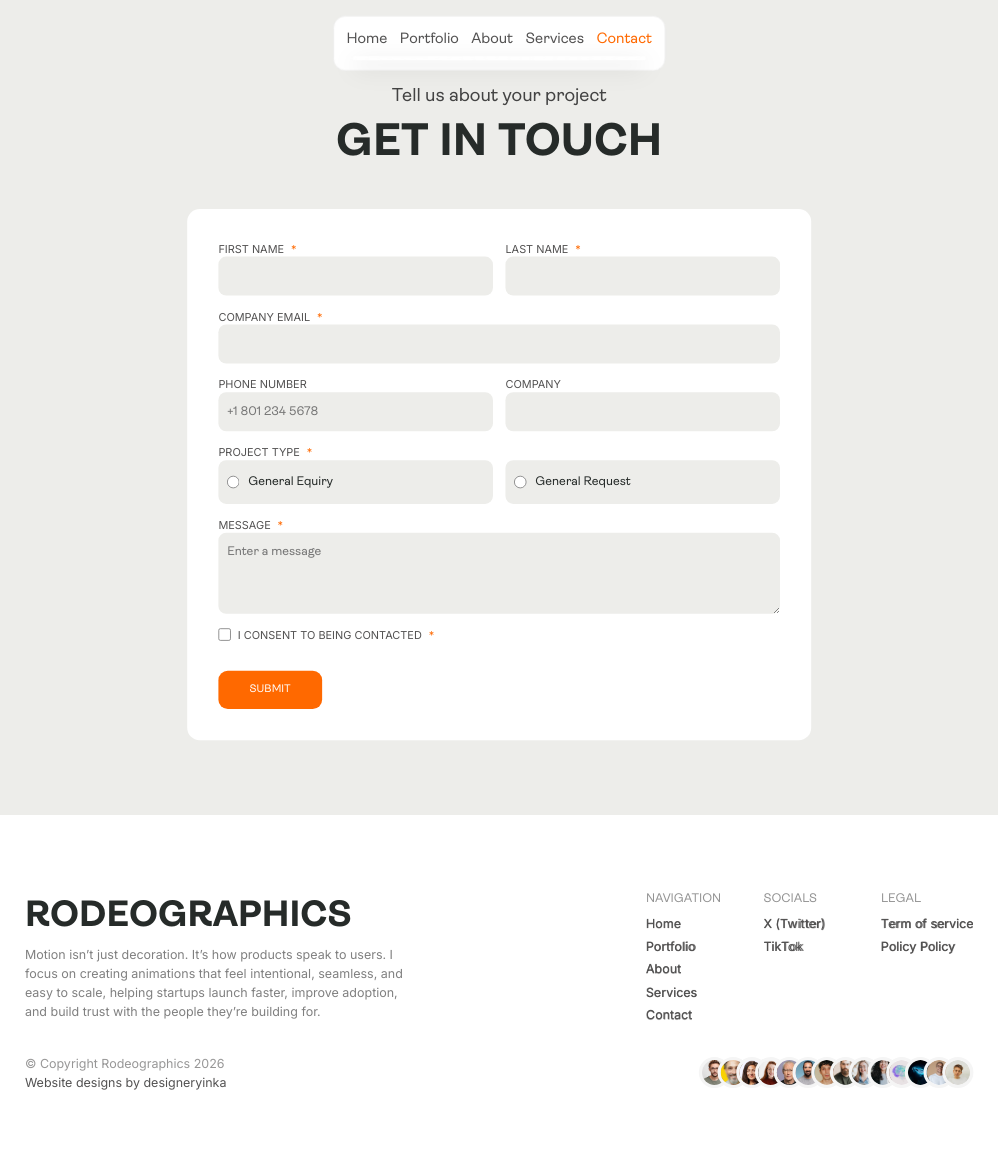
Repository: Ajeyinka/RodeoGraphics
Page: contact.html
An editor plug-in stored every save of this project. The page is shown before and after the next save, followed by the edit.
The browser window is 1280 px wide. The pictures show the whole page, at 78% of full size.

Above is the page before, as saved 2026-02-21 22:57:09.
Console error: ReferenceError: gsap is not defined

### contact.html
<!DOCTYPE html>
<html lang="en">
  <head>
    <meta charset="UTF-8" />
    <meta name="viewport" content="width=device-width, initial-scale=1.0" />
    <title>Contact | Motion Design for Startups</title>

    <meta
      name="description"
      content="Get in touch to discuss motion design for your product, startup, or upcoming launch."
    />
    <meta property="og:title" content="Contact | Motion Design for Startups" />
    <meta
      property="og:description"
      content="Get in touch to discuss motion design for your product, startup, or upcoming launch."
    />
    <meta property="og:image" content="" />
    <meta property="og:type" content="website" />
    <meta property="og:url" content="" />
    <script src="script.js" defer></script>
    <link rel="stylesheet" href="style.css" />
    <link
      rel="shortcut icon"
      href="images/favicon.ico.png"
      sizes="32x32"
      type="image/png"
    />
  </head>
  <body>
    <nav class="section_nav">
      <div class="container_large">
        <div class="container_nav">
          <div class="two-col-flex">
            <div class="nav_brand">
              <a href="index.html" class="nav_brand-link">
                <span>Rodeographics</span>
              </a>
            </div>
            <a href="#" class="toggle_button" id="toggle_button">
              <span class="bar one"></span>
              <span class="bar two"></span>
            </a>
          </div>
          <!-- Brand / Logo -->

          <!-- Navigation Menu -->
          <div class="nav_menu">
            <ul class="nav_list">
              <li class="nav_item">
                <a href="index.html" class="nav_link">Home</a>
              </li>
              <li class="nav_item">
                <a href="portfolio.html" class="nav_link">Portfolio</a>
              </li>

              <li class="nav_item">
                <a href="about.html" class="nav_link">About</a>
              </li>

              <li class="nav_item">
                <a href="services.html" class="nav_link">Services</a>
              </li>

              <li class="nav_item">
                <a href="contact.html" class="nav_link">Contact</a>
              </li>
            </ul>
          </div>
        </div>
      </div>
    </nav>

    <main>
      <section class="section_contact">
        <div class="container_large">
          <div class="padding_global">
            <div class="form_component">
              <div class="title-top">
                <p class="tag">Tell us about your project</p>
                <h1>GET IN TOUCH</h1>
              </div>
            </div>
            <div class="form-block">
              <form
                action="https://formspree.io/f/xzdapnao"
                method="POST"
                novalidate
              >
                <div class="form-group">
                  <label for="fname">First Name</label>
                  <input
                    type="text"
                    name="first_name"
                    class="input"
                    id="fName"
                    required
                  />
                  <span class="error-message" aria-live="polite"></span>
                </div>
                <div class="form-group">
                  <label for="lname">Last Name</label>
                  <input
                    type="text"
                    name="last_name"
                    class="input"
                    id="lName"
                    required
                  />
                  <span class="error-message" aria-live="polite"></span>
                </div>
                <div class="form-group span-all">
                  <label for="email">Company Email</label>
                  <input
                    type="email"
                    name="company_email"
                    class="input"
                    id="email"
                    required
                  />
                  <span class="error-message" aria-live="polite"></span>
                </div>
                <div class="form-group">
                  <label for="tel"> Phone Number</label>
                  <input
                    type="tel"
                    class="input phone-input"
                    placeholder="+1 801 234 5678"
                    inputmode="tel"
                    autocomplete="tel"
                    id="tel"
                  />
                  <span class="error-message" aria-live="polite"></span>
                </div>

                <div class="form-group">
                  <label for="company">Company</label>

                  <input
                    type="text"
                    name="company"
                    class="input"
                    id="company"
                  />
                  <span class="error-message" aria-live="polite"></span>
                </div>

                <fieldset class="span-all">
                  <legend>Project Type</legend>

                  <div class="form-group">
                    <input
                      type="radio"
                      id="general"
                      name="project"
                      value="General Equiry"
                      required
                    />
                    <label for="general">General Equiry</label>
                  </div>

                  <div class="form-group">
                    <input
                      type="radio"
                      id="support"
                      name="project"
                      value="General Requesr"
                      required
                    />
                    <label for="support">General Request</label>
                  </div>
                  <span class="error-message" aria-live="polite"></span>
                </fieldset>

                <div class="form-group span-all">
                  <label for="message">Message</label>
                  <textarea
                    name="textarea"
                    id="textarea"
                    class="input"
                    placeholder="Enter a message"
                    required
                  ></textarea>
                  <span class="error-message" aria-live="polite"></span>
                </div>
                <div class="form-group span-all">
                  <input type="checkbox" name="consent" id="consent" required />
                  <label for="consent">I consent to being contacted</label>
                  <span class="error-message" aria-live="polite"></span>
                </div>

                <div class="input-submit">
                  <button type="submit" class="button-submit button">
                    <span class="text text-primary">Submit</span>
                  </button>
                </div>
                <div class="form-success">
                  Thanks for reaching out. I’ll get back to you within 24 hours.
                </div>
              </form>
            </div>
          </div>
        </div>
      </section>
    </main>
    <footer>
      <div class="container_large">
        <div class="padding_global">
          <div class="footer-grid">
            <div class="footer-left">
              <h2>Rodeographics</h2>
              <p>
                Motion isn’t just decoration. It’s how products speak to users.
                I focus on creating animations that feel intentional, seamless,
                and easy to scale, helping startups launch faster, improve
                adoption, and build trust with the people they’re building for.
              </p>
            </div>
            <div class="footer-right">
              <div class="footer_link-wrapper">
                <div class="footer_links">
                  <h4>Navigation</h4>
                  <a href="index.html" class="footer_link">Home</a>
                  <a href="portfolio.html" class="footer_link">Portfolio</a>
                  <a href="about.html" class="footer_link">About</a>
                  <a href="services.html" class="footer_link">Services</a>
                  <a href="contact.html" class="footer_link">Contact</a>
                </div>
                <div class="footer_links">
                  <h4>Socials</h4>
                  <a href="https://x.com/designerola01" class="footer_link"
                    >X (Twitter)</a
                  >

                  <a
                    href="https://www.tiktok.com/@rodeodesigns?_r=1&_t=ZS-93MZgyCcf5N"
                    class="footer_link"
                    >TikTok</a
                  >
                </div>
                <div class="footer_links">
                  <h4>Legal</h4>
                  <a href="services.html" class="footer_link"
                    >Term of service</a
                  >

                  <a href="privacy.html" class="footer_link">Policy Policy</a>
                </div>
              </div>
            </div>
          </div>
          <div class="footer-bottom">
            <div>
              <p class="Copyright">© Copyright Rodeographics 2026</p>
              <a href="https://designeryinka.com/" target="_blank"
                >Website designs by designeryinka</a
              >
            </div>

            <div class="footer_proof">
              <img src="images/1.png" alt="" />
              <img src="images/2.png" alt="" />
              <img src="images/3.png" alt="" />
              <img src="images/4.png" alt="" />
              <img src="images/5.png" alt="" />
              <img src="images/6.png" alt="" />
              <img src="images/adewale.png" alt="" />
              <img src="images/adewale1.png" alt="" />
              <img src="images/adewale2.png" alt="" />
              <img src="images/adewale4.png" alt="" />
              <img src="images/adewalw5.png" alt="" />
              <img src="images/adewale6.png" alt="" />
              <img src="images/adewale7.png" alt="" />
              <img src="images/adewalw8.png" alt="" />
            </div>
          </div>
        </div>
      </div>
    </footer>
  </body>
</html>

### script.js
(function () {
  "use strict";

  const toggleButton = document.querySelector("#toggle_button");
  const navMenu = document.querySelector(".nav_menu");
  const menuBars = document.querySelectorAll(".bar");
  const navBrand = document.querySelector(".nav_brand");
  const navFlex = document.querySelector(".two-col-flex");

  // Mobile menu toggle
  if (toggleButton) {
    toggleButton.addEventListener("click", (event) => {
      event.preventDefault();
      toggleButton.classList.toggle("active");
      navBrand.classList.toggle("active");
      navFlex.classList.toggle("active");
      navMenu.classList.toggle("active");
      navMenu.addEventListener("click", () => {
        navMenu.classList.toggle("active");
      });
      menuBars.forEach((bar) => bar.classList.toggle("active"));
    });
  }
})();

document.addEventListener("DOMContentLoaded", () => {
  const links = document.querySelectorAll(".nav_link");

  const currentPath = window.location.pathname.replace(/\/$/, "") || "/";

  links.forEach((link) => {
    const linkPath = new URL(link.href).pathname.replace(/\/$/, "") || "/";

    if (linkPath === currentPath) {
      link.classList.add("active");
    } else {
      link.classList.remove("active");
    }
  });
});

document.addEventListener("DOMContentLoaded", () => {
  const enhanceText = (elements) => {
    elements.forEach((el) => {
      const text = el.textContent.trim();
      if (!text) return;

      el.textContent = "";

      // outgoing layer
      const outSpan = document.createElement("span");
      outSpan.className = "text-out";
      outSpan.textContent = text;

      // incoming layer
      const inSpan = document.createElement("span");
      inSpan.className = "text-in";

      [...text].forEach((char, i, arr) => {
        const charSpan = document.createElement("span");
        charSpan.className = "char";
        charSpan.textContent = char === " " ? "\u00A0" : char;

        // stagger data
        charSpan.style.setProperty("--i", i);
        charSpan.style.setProperty("--total", arr.length);
        charSpan.style.transitionDelay = `${i * 0.03}s`;

        inSpan.appendChild(charSpan);
      });

      el.append(outSpan, inSpan);
    });
  };

  // nav links
  enhanceText(document.querySelectorAll(".nav_link"));

  // button text
  enhanceText(document.querySelectorAll(".button .text-primary"));

  enhanceText(document.querySelectorAll(".footer_link"));
});

/* const form = document.querySelector(".form-block form");
const submitBtn = document.querySelector(".button-submit");
const successMessage = document.querySelector(".form-success");

form.addEventListener("submit", function () {
  submitBtn.classList.add("is-loading");
  form.closest(".form-block").classList.add("is-loading");
});

// Call this after successful submission
function onFormSuccess() {
  submitBtn.classList.remove("is-loading");
  form.closest(".form-block").classList.remove("is-loading");
  form.style.display = "none";
  successMessage.classList.add("is-visible");
} */

/* document.querySelectorAll(".nav_link").forEach((link) => {
  const text = link.textContent.trim();
  if (!text) return;
  console.log("nav stagger script loaded");
  link.textContent = "";

  // outgoing layer
  const outSpan = document.createElement("span");
  outSpan.className = "text-out";
  outSpan.textContent = text;

  // incoming staggered layer
  const inSpan = document.createElement("span");
  inSpan.className = "text-in";

  [...text].forEach((char, i) => {
    const charSpan = document.createElement("span");
    charSpan.className = "char";
    charSpan.textContent = char === " " ? "\u00A0" : char;
    charSpan.style.transitionDelay = `${i * 0.035}s`;
    inSpan.appendChild(charSpan);
  });

  link.append(outSpan, inSpan);
});

document.querySelectorAll(".button .text-primary").forEach((textEl) => {
  const text = textEl.textContent.trim();
  if (!text) return;

  textEl.textContent = "";

  // outgoing layer
  const outSpan = document.createElement("span");
  outSpan.className = "text-out";
  outSpan.textContent = text;

  // incoming staggered layer
  const inSpan = document.createElement("span");
  inSpan.className = "text-in";

  [...text].forEach((char, i) => {
    const charSpan = document.createElement("span");
    charSpan.className = "char";
    charSpan.textContent = char === " " ? "\u00A0" : char;
    charSpan.style.transitionDelay = `${i * 0.03}s`;
    inSpan.appendChild(charSpan);
  });

  textEl.append(outSpan, inSpan);
}); */

/* const heroBox = document.querySelector(".hero-box");
const heroImage = document.querySelector(".hero-image");

if (heroBox && heroImage) {
  const observer = new IntersectionObserver(
    (entries) => {
      entries.forEach((entry) => {
        if (entry.isIntersecting) {
          heroBox.classList.add("is-active");
        } else {
          heroBox.classList.remove("is-active");
        }
      });
    },
    {
      threshold: 0.4,
    }
  );

  observer.observe(heroImage);
}

const accordionHeaders = document.querySelectorAll(".accordion-header");
const accordionContents = document.querySelectorAll(".accordion-content");

accordionHeaders.forEach((header) => {
  header.addEventListener("click", () => {
    const accordionItem = header.parentElement;
    const accordionContent = accordionItem.querySelector(".accordion-content");

    accordionContents.forEach((content) => {
      if (content !== accordionContent) {
        content.classList.remove("active");
        content.style.maxHeight = "0";
      }
    });

    accordionContent.classList.toggle("active");

    if (accordionContent.classList.contains("active")) {
      accordionContent.style.maxHeight = accordionContent.scrollHeight + "px";
    } else {
      accordionContent.style.maxHeight = "0";
    }
  });
});
 */

/* (function () {
  "use strict";

  const tabs = document.querySelectorAll(".tabs_link");
  const panes = document.querySelectorAll(".tabs_pane");

  tabs.forEach((tab) => {
    tab.addEventListener("click", selectTab);
  });

  function selectTab(event) {
    event.preventDefault();

    const targetId = this.getAttribute("href");
    const targetPane = document.querySelector(targetId);

    // Reset all tabs
    tabs.forEach((tab) => {
      tab.classList.remove("is-active");
    });

    // Reset all panes
    panes.forEach((pane) => {
      pane.classList.remove("is-active");
    });

    // Activate selected tab and pane
    this.classList.add("is-active");
    targetPane.classList.add("is-active");
  }
})();
 */

document.addEventListener("DOMContentLoaded", () => {
  const links = document.querySelectorAll(".tabs_component .tabs_menu a");
  const sections = document.querySelectorAll(".tabs_pane");

  /* ---------- smooth scroll ---------- */
  links.forEach((link) => {
    link.addEventListener("click", (e) => {
      e.preventDefault();

      const target = document.querySelector(link.getAttribute("href"));
      if (!target) return;

      const offset = 200;
      const top =
        target.getBoundingClientRect().top + window.pageYOffset - offset;

      window.scrollTo({
        top,
        behavior: "smooth",
      });
    });
  });

  /* ---------- intersection observer ---------- */
  const observer = new IntersectionObserver(
    (entries) => {
      entries.forEach((entry) => {
        if (!entry.isIntersecting) return;

        const id = entry.target.id;

        links.forEach((link) => {
          link.classList.toggle(
            "selected",
            link.getAttribute("href") === `#${id}`
          );
        });
      });
    },
    {
      root: null,
      rootMargin: "-150px 0px -50% 0px",
      threshold: 0,
    }
  );

  sections.forEach((section) => observer.observe(section));
});

document.querySelectorAll(".video-holders").forEach((holder) => {
  const video = holder.querySelector("video");
  const button = holder.querySelector(".mute-toggle");

  button.addEventListener("click", () => {
    video.muted = !video.muted;
    button.textContent = video.muted ? "🔇" : "🔊";
  });
});

(function () {
  "use strict";
  const tl = gsap.timeline();
  tl.from(".accent", {
    opacity: 0,
    rotation: 30,
    scale: 0,
    duration: 0.5,
    stagger: {
      amount: 0.5,
      axis: "y",
      grid: [2, 1],
      ease: "circ.inOut",
      from: "center",
    },
  }).from(".two-col-flex", {
    y: -30,
    opacity: 0,
    duration: 0.8,
    backgroundColor: "gray",
  });
})();

gsap.utils.toArray(".section").forEach((section) => {
  gsap.fromTo(
    section,
    {
      scale: 1,
      rotation: 0,
      y: 0,
    },
    {
      scale: 0.8,
      rotation: -2,
      y: "50vh",
      scrollTrigger: {
        trigger: section,
        start: "bottom bottom",
        end: "bottom top",
        scrub: true,
      },
      ease: "none",
    }
  );
});

(function () {
  const form = document.querySelector("form");
  const firstNameField = document.getElementById("fName");

  function validateField(field) {
    if (!field.validity.valid) {
      console.log("fied is invalid");
      return false;
    }

    console.log("field is valid");
    return true;
  }
})();

Loaded but not shown: style.css (1984 lines, source omitted)

After the next save:
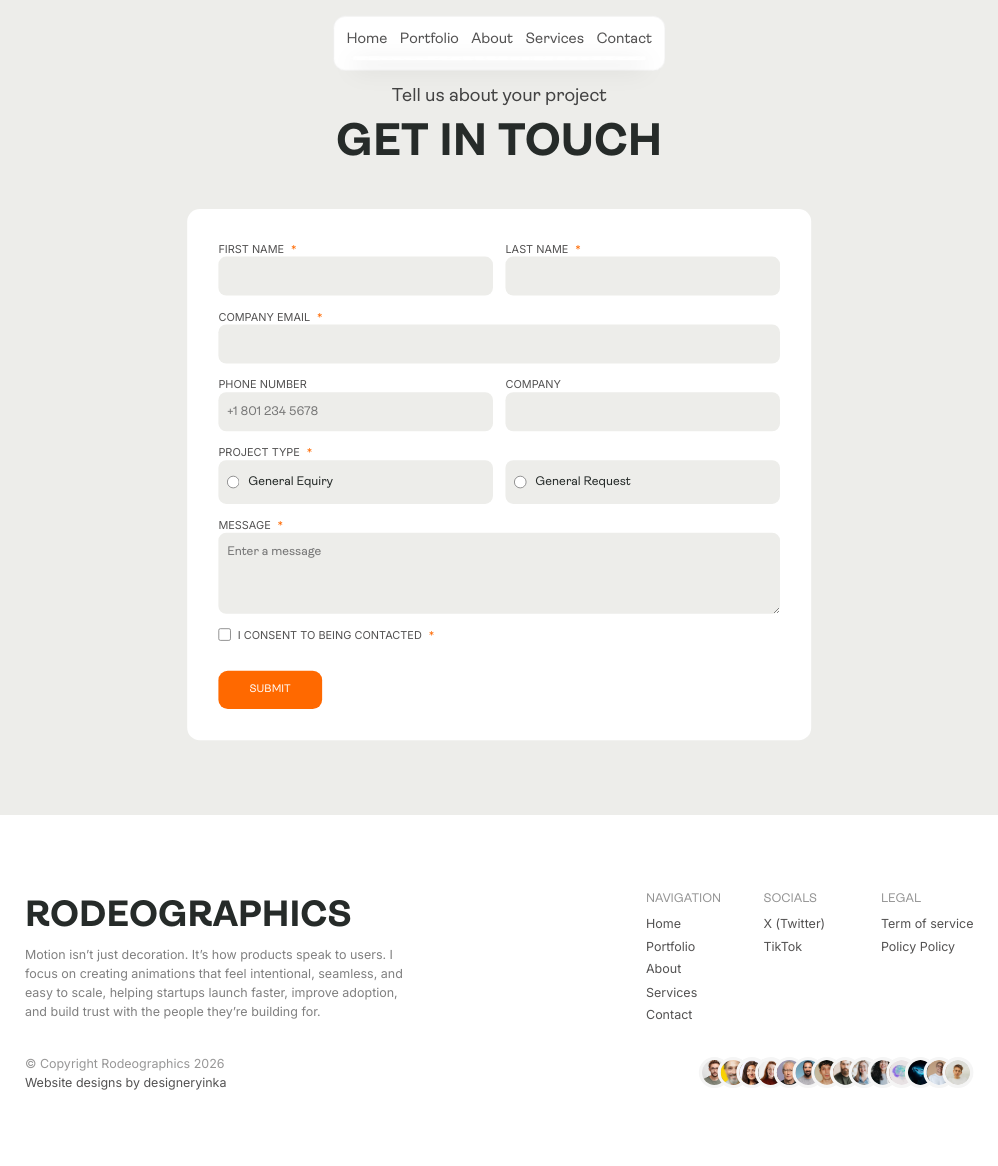
Console error: SyntaxError: Unexpected token ')'
Saved 32 s later.
--- a/script.js
+++ b/script.js
@@ -350,4 +350,5 @@
     console.log("field is valid");
     return true;
   }
+  form.addEventListener("submit", function (e))
 })();

After the save that followed:
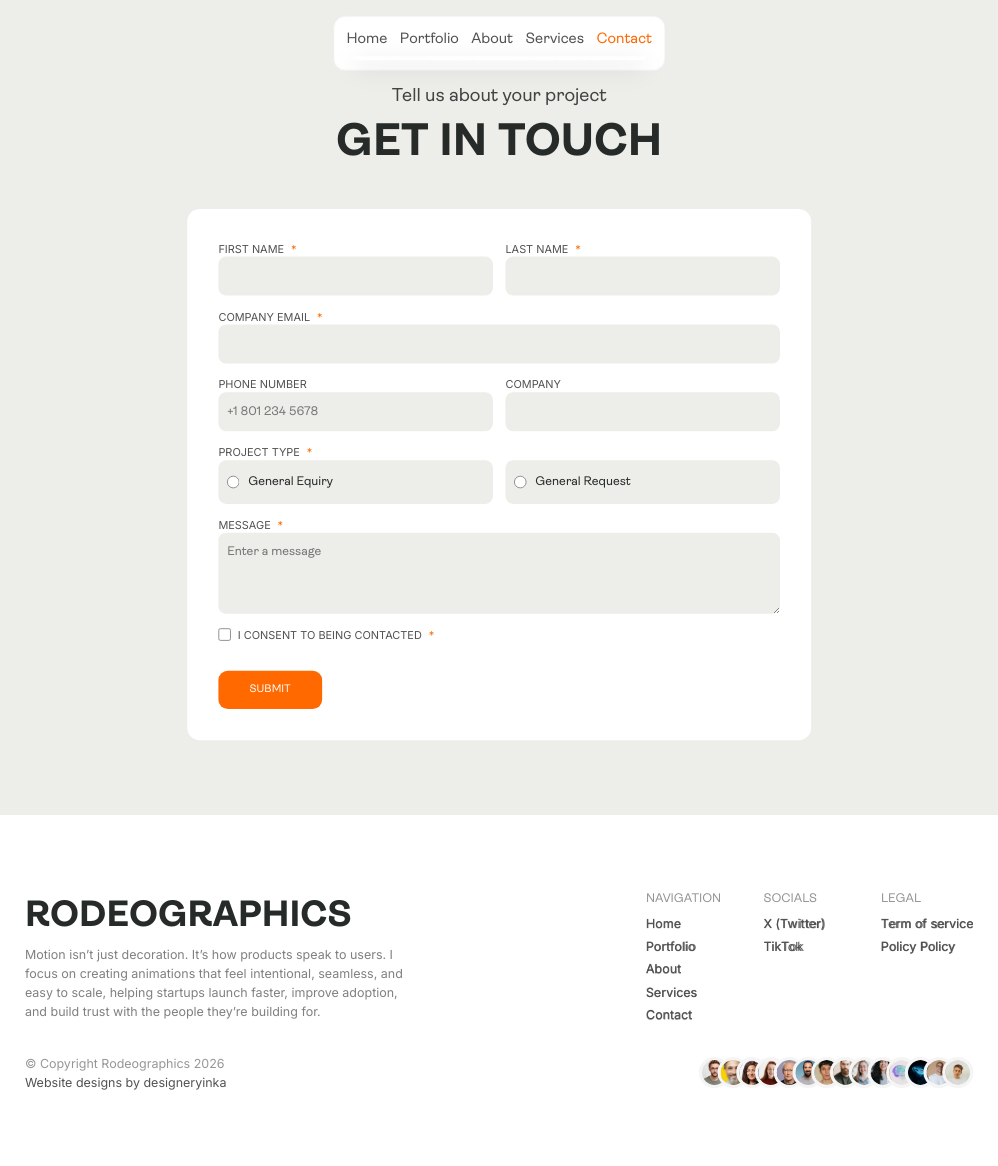
Console error: ReferenceError: gsap is not defined
Saved 49 s later.
--- a/script.js
+++ b/script.js
@@ -350,5 +350,7 @@
     console.log("field is valid");
     return true;
   }
-  form.addEventListener("submit", function (e))
+  form.addEventListener("submit", function (e) {
+    e.preventDefault;
+  });
 })();
